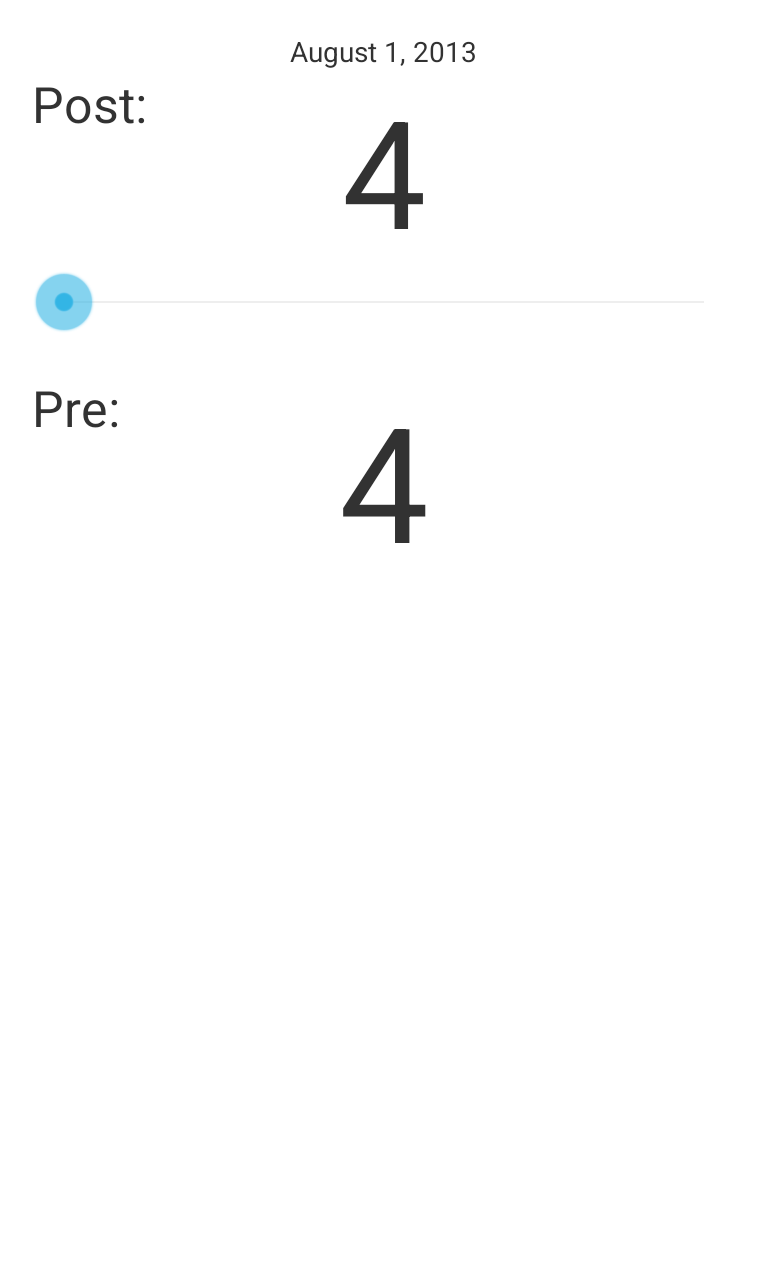
Repository: jemcphe/XCell
Layout: XCell/res/layout/phones.xml
These files come from the project's save history. The layout is drawn as it stood at one moment and after the next save; the edit follows.
It is drawn on a 768 x 1280 px phone screen (xhdpi) without system bars, with theme Theme.Xcell; the app's code is not run.

Above is the layout before, as saved 2013-08-16 20:41:21.

After the next save:
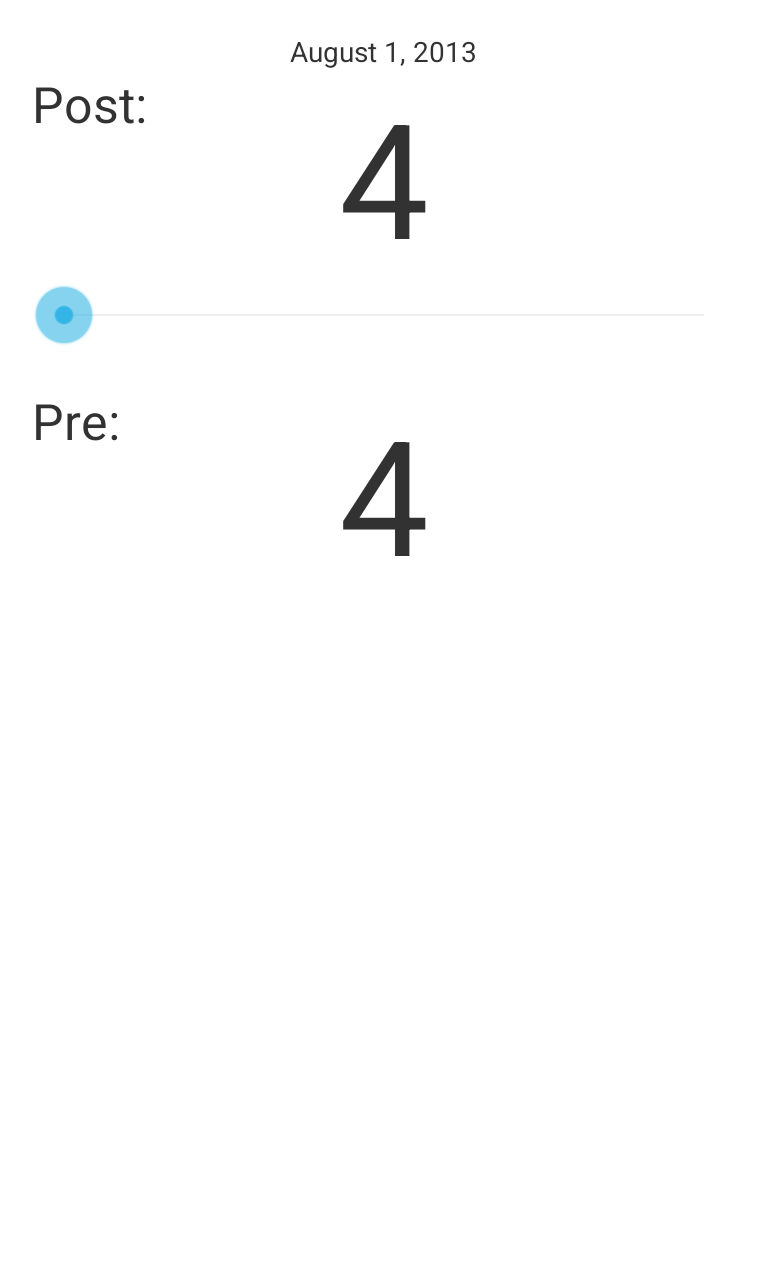
Saved 89 s later.
--- a/XCell/res/layout/phones.xml
+++ b/XCell/res/layout/phones.xml
@@ -31,7 +31,7 @@
         android:layout_alignTop="@+id/postLabel"
         android:layout_centerHorizontal="true"
         android:text="4"
-        android:textSize="75sp" />
+        android:textSize="80sp" />
 
     <SeekBar
         android:id="@+id/seekBar1"
